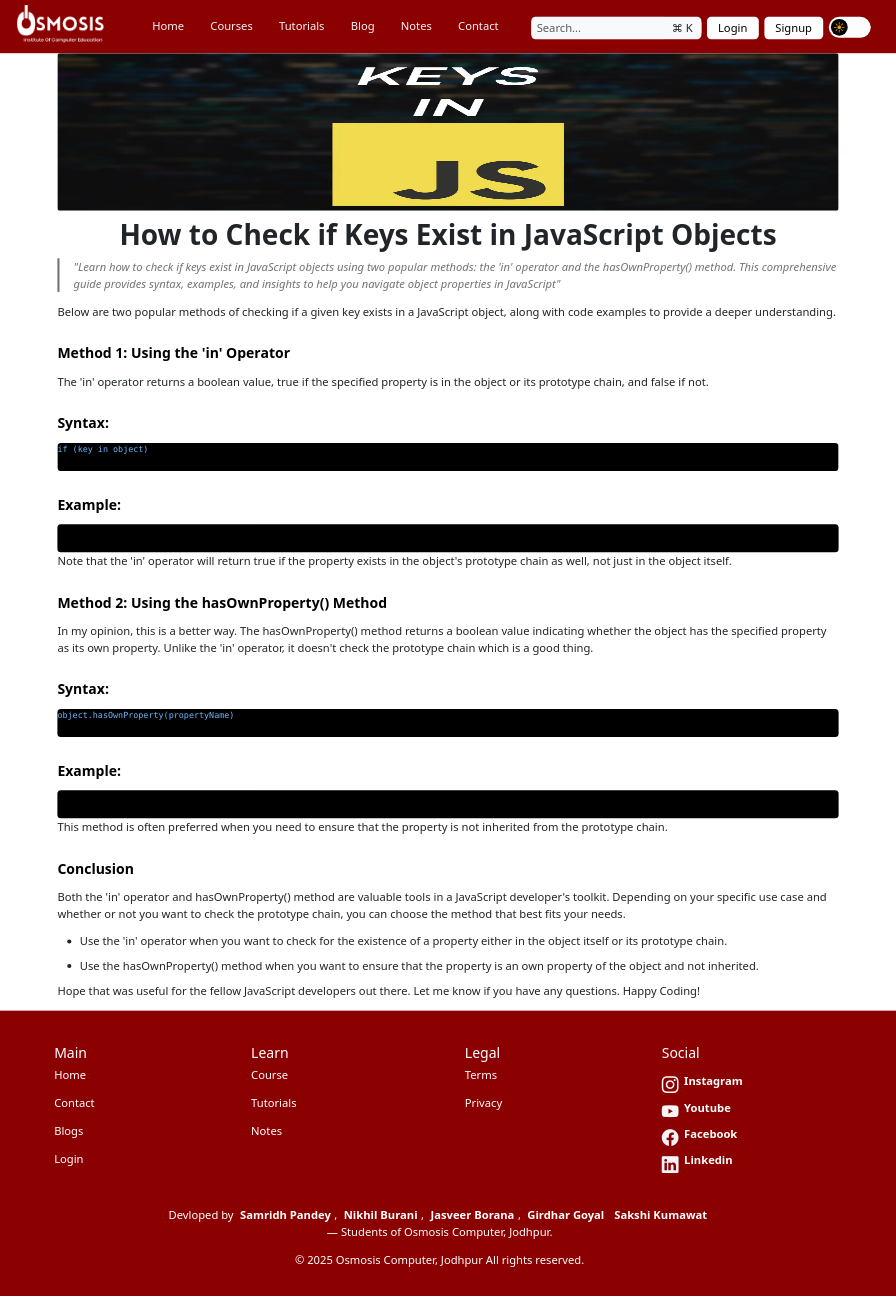
Repository: samriidhpandey/osmosis
Page: /Blog/Keyinjs
The author's editor kept a copy of each file at every save. The page is drawn from the files as they stood at one save, then again after the next save.
The browser window is 1280 px wide. The pictures show the whole page, at 70% of full size.
The project was rebuilt for these pictures with package versions that can differ from the ones it lists, and the page was loaded fresh each time. Also part of the build but not shown: vite.config.js, src/Section2.jsx, src/Section3.jsx, src/Section4.jsx, src/InfiniteReviewScroll.jsx, src/Section5.jsx, src/TypingText.jsx, src/AnimatedName.jsx and 103 more. Imported but missing from the stored project, and not drawn on this page: src/Images/final-app-on-mobile.mp4, src/Images/final-app-on-pc.mp4, src/Images/open-terminals.mp4, src/Images/python-location.mp4.

Above is the page before, as saved 2025-07-21 15:56:41.

After the next save:
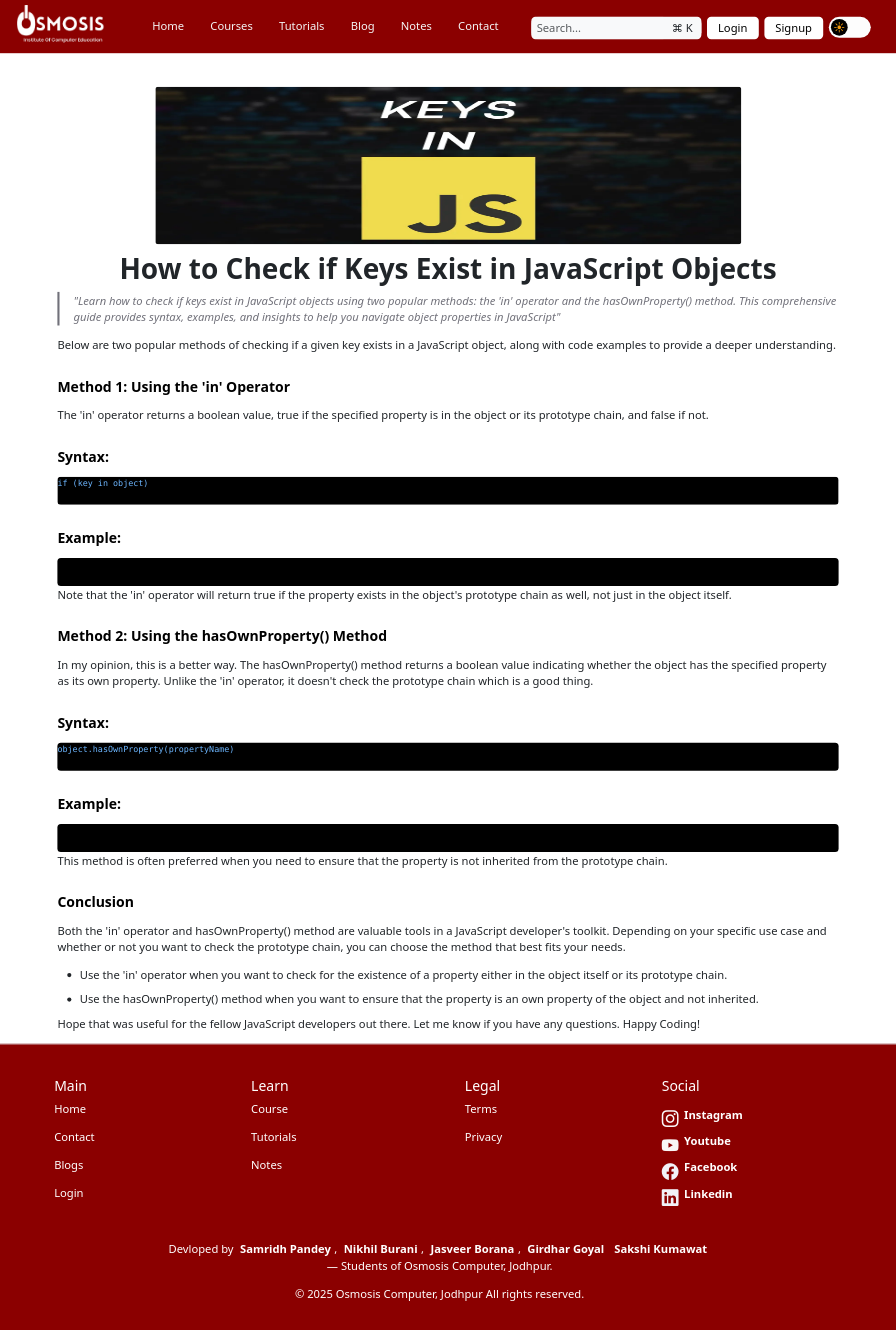
Saved 5 s later.
--- a/src/Component5/Keyinjs.jsx
+++ b/src/Component5/Keyinjs.jsx
@@ -9,7 +9,7 @@
     <>
       <div className="container" >
 
-        <img src={keyjs} className="blog-page-img " />
+        <img src={keyjs} className="blog-page-img w-75 m-auto d-flex mt-5 " />
         <h1 className="blog-page-text2  fs-1 " >How to Check if Keys Exist in JavaScript Objects</h1>
         <p className="blog-page-content2 border-zinc-500 w-100 " style={{ fontSize: "16px" }}>"Learn how to check if keys exist in JavaScript objects using two popular methods: the 'in' operator and the hasOwnProperty() method. This comprehensive guide provides syntax, examples, and insights to help you navigate object properties in JavaScript"</p>
         <p> Below are two popular methods of checking if a given key exists in a JavaScript object, along with code examples to provide a deeper understanding.</p>
